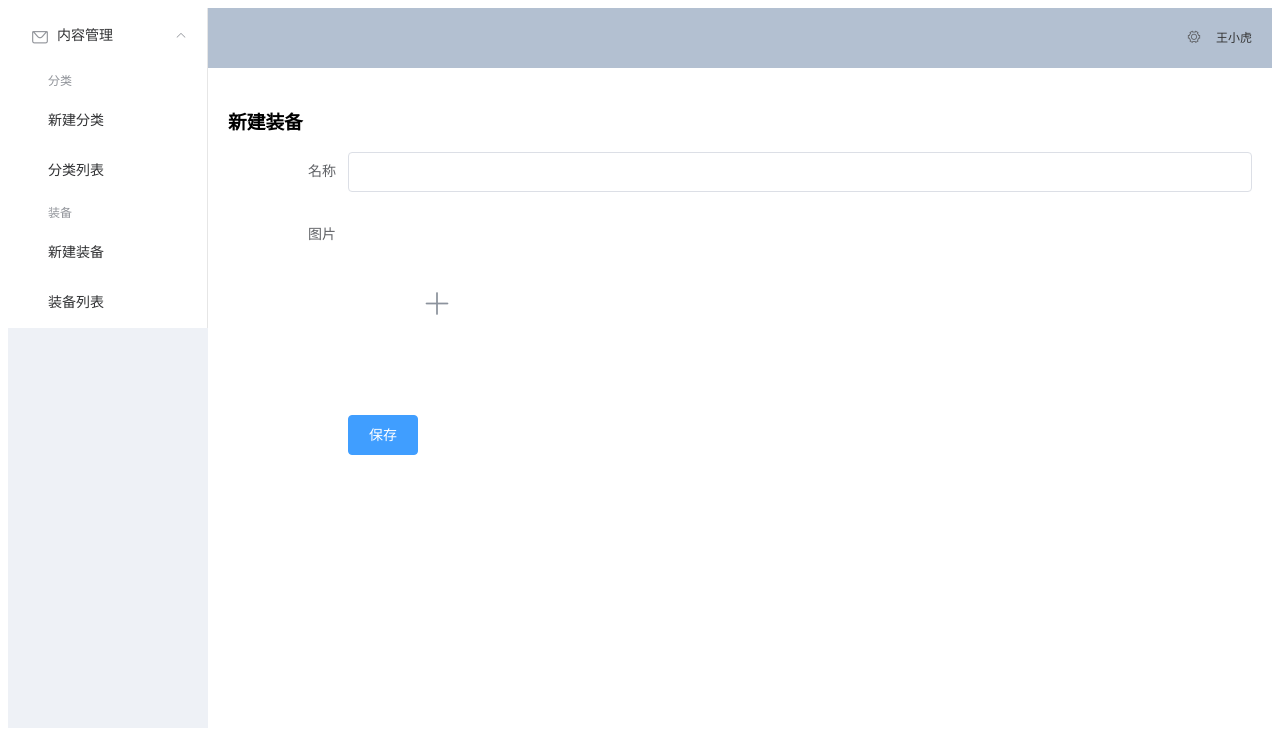
Repository: fish-zmy/wangzherongyao
Page: /#/items/create (app in admin/)
The author's editor kept a copy of each file at every save. The page is drawn from the files as they stood at one save, then again after the next save.
The browser window is 1280 px wide. The pictures show the whole page.
The project was rebuilt for these pictures with package versions that can differ from the ones it lists, and the page was loaded fresh each time. Also part of the build but not shown: admin/vue.config.js, admin/src/views/CategoryEdit.vue, admin/src/views/CategoryList.vue, admin/src/views/ItemList.vue.

Above is the page before, as saved 2020-06-17 22:14:00.

### admin/src/main.js
import Vue from 'vue'
import App from './App.vue'
import router from './router'
import './plugins/element.js'

Vue.config.productionTip = false

import http from './http'
Vue.prototype.$http = http

new Vue({
  router,
  render: h => h(App)
}).$mount('#app')

### admin/src/App.vue
<template>
  <div id="app">

    <router-view/>
  </div>
</template>

<style scoped>
html,body{
  margin:0;
  padding:0;
}
</style>

### admin/src/router/index.js
import Vue from 'vue'
import VueRouter from 'vue-router'
import Main from '../views/Main.vue'
import CategoryEdit from '../views/CategoryEdit.vue'
import CategoryList from '../views/CategoryList.vue'
import ItemEdit from '../views/ItemEdit.vue'
import ItemList from '../views/ItemList.vue'

Vue.use(VueRouter)
// 解决ElementUI导航栏中的vue-router在3.0版本以上重复点菜单报错问题
const originalPush = VueRouter.prototype.push
VueRouter.prototype.push = function push(location) {
  return originalPush.call(this, location).catch(err => err)
}

const routes = [
  {
    path: '/',
    name: 'main',
    component: Main,
    children: [
      {
        path: '/categories/create',
        component: CategoryEdit
      }, {
        path: '/categories/list',
        component: CategoryList
      }, {
        path: '/categories/edit/:id',
        component: CategoryEdit, props: true
      },
      {
        path: '/items/create',
        component: ItemEdit
      }, {
        path: '/items/list',
        component: ItemList
      }, {
        path: '/items/edit/:id',
        component: ItemEdit, props: true
      }

    ]
  },

]


const router = new VueRouter({
  routes
})

export default router

### admin/src/http.js
import axios from 'axios'

const http =axios.create({
    baseURL:'http://localhost:3000/admin/api'
})

export default  http

### admin/src/views/Main.vue
<template>
  <el-container style="height: 100vh">
    <el-aside width="200px" style="background-color: rgb(238, 241, 246)">
      <el-menu router :default-openeds="['1']">
        <el-submenu index="1">
          <template slot="title">
            <i class="el-icon-message"></i>内容管理
          </template>
          <el-menu-item-group>
            <template slot="title">分类</template>
            <el-menu-item index="/categories/create">新建分类</el-menu-item>
            <el-menu-item index="/categories/list">分类列表</el-menu-item>
          </el-menu-item-group>
          <el-menu-item-group>
            <template slot="title">装备</template>
            <el-menu-item index="/items/create">新建装备</el-menu-item>
            <el-menu-item index="/items/list">装备列表</el-menu-item>
          </el-menu-item-group>
        </el-submenu>
      </el-menu>
    </el-aside>

    <el-container>
      <el-header style="text-align: right; font-size: 12px">
        <el-dropdown>
          <i class="el-icon-setting" style="margin-right: 15px"></i>
          <el-dropdown-menu slot="dropdown">
            <el-dropdown-item>查看</el-dropdown-item>
            <el-dropdown-item>新增</el-dropdown-item>
            <el-dropdown-item>删除</el-dropdown-item>
          </el-dropdown-menu>
        </el-dropdown>
        <span>王小虎</span>
      </el-header>

      <el-main>
        <router-view></router-view>
      </el-main>
    </el-container>
  </el-container>
</template>


<style>
.el-header {
  background-color: #b3c0d1;
  color: #333;
  line-height: 60px;
}

.el-aside {
  color: #333;
}
</style>

<script>
export default {
  data() {
    const item = {
      date: "2016-05-02",
      name: "王小虎",
      address: "上海市普陀区金沙江路 1518 弄"
    };
    return {
      tableData: Array(20).fill(item)
    };
  }
};
</script>

### admin/src/views/ItemEdit.vue
<template>
  <div class="about">
    <h1>{{id ? '编辑':'新建'}}装备</h1>
    <el-form label-width="120px" @submit.native.prevent="save">
      <el-form-item label="名称">
        <el-input v-model="model.name"></el-input>
      </el-form-item>
      <el-form-item label="图片">
        <el-upload
          class="avatar-uploader"
          :action="$http.defaults.baseURL + '/upload'"
          :show-file-list="false"
          :on-success = "afterUpload"
        >
        <!--如果上传成功就显示图片，没有就显示原来的上传的样式-->
          <img v-if="model.icon" :src="model.icon" class="avatar" />
          <i v-else class="el-icon-plus avatar-uploader-icon"></i>
        </el-upload>
      </el-form-item>
      <el-form-item>
        <el-button type="primary" native-type="submit">保存</el-button>
      </el-form-item>
    </el-form>
  </div>
</template>


<style scoped>
 .avatar-uploader .el-upload {
    border: 1px dashed #d9d9d9;
    border-radius: 6px;
    cursor: pointer;
    position: relative;
    overflow: hidden;
  }
  .avatar-uploader .el-upload:hover {
    border-color: #409EFF;
  }
  .avatar-uploader-icon {
    font-size: 28px;
    color: #8c939d;
    width: 178px;
    height: 178px;
    line-height: 178px;
    text-align: center;
  }
  .avatar {
    width: 178px;
    height: 178px;
    display: block;
  }
</style>



<script>
export default {
  props: {
    id: {}
  },
  data() {
    return {
      model: {
      }
    };
  },
  methods: {
    //上传
    afterUpload(res){
      //一样的效果
    this.$set(this.model,'icon',res.url)
    //  this.model.icon = res.url
    },
    //保存
    async save() {
      let res;
      //判断id是否存在，使用不同的接口
      if (this.id) {
        //请求后台的接口
        res = await this.$http.put(`/rest/items/${this.id}`, this.model);
      } else {
        //请求后台的接口
        res = await this.$http.post("/rest/items", this.model);
      }
      this.$router.push("/items/list");
      this.$message({
        type: "success",
        message: "保存成功"
      });
    },
    //点击编辑分类，获取到name
    async fetch() {
      const res = await this.$http.get(`/rest/items/${this.id}`);
      this.model = res.data;
    }
  },
  created() {
    //如果id存在才执行
    this.id && this.fetch();
  }
};
</script>

Loaded but not shown: admin/public/index.html (common file); admin/src/plugins/element.js (common file)

After the next save:
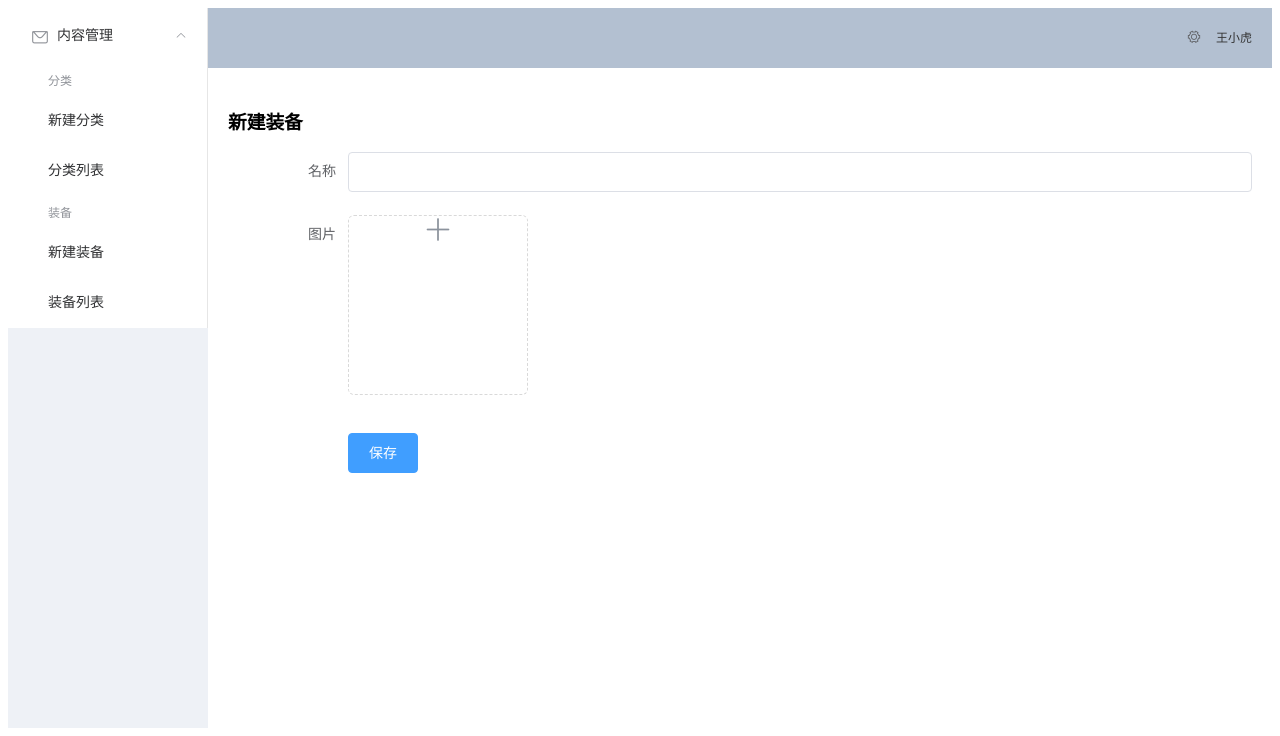
Saved 9 s later.
--- a/admin/src/views/ItemEdit.vue
+++ b/admin/src/views/ItemEdit.vue
@@ -25,7 +25,7 @@
 </template>
 
 
-<style scoped>
+<style>
  .avatar-uploader .el-upload {
     border: 1px dashed #d9d9d9;
     border-radius: 6px;
